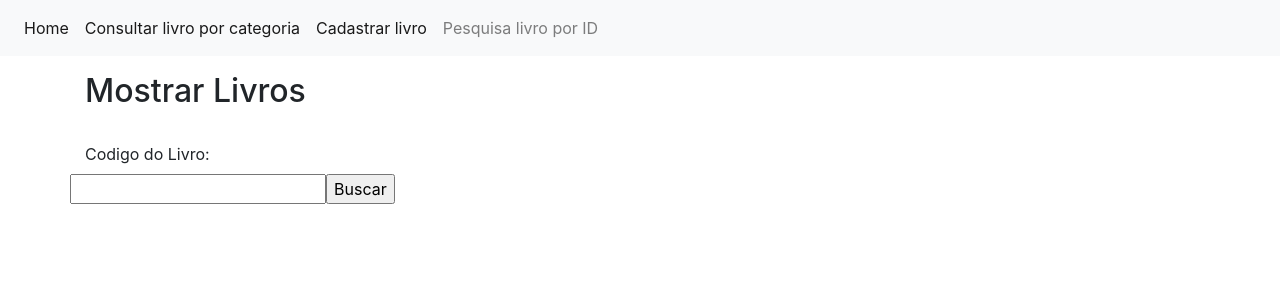
Repository: SrtaVerdant/projeto-livraria
Page: http://localhost/ProjetoLivraria/pesquisaLivroPorId.jsp
An editor plug-in stored every save of this project. The page is shown before and after a run of saves, followed by the edit.
The browser window is 1280 px wide. The pictures show the whole page.
Some web libraries are served in a nearby version. The page is served by Tomcat 9. Other server files are loaded and not shown.

Above is the page before, as saved 2022-10-30 15:20:58.

### ProjetoLivraria/src/main/webapp/pesquisaLivroPorId.jsp
<%@ page language="java" contentType="text/html; charset=UTF-8"
    pageEncoding="UTF-8"%>
<!DOCTYPE html>
<html>
	<head>
		<meta charset="UTF-8">
		<title>Pesquisar por ID</title>
		<link rel="stylesheet" href="https://cdn.jsdelivr.net/npm/bootstrap@4.0.0/dist/css/bootstrap.min.css" integrity="sha384-Gn5384xqQ1aoWXA+058RXPxPg6fy4IWvTNh0E263XmFcJlSAwiGgFAW/dAiS6JXm" crossorigin="anonymous">
		<script src="https://code.jquery.com/jquery-3.2.1.slim.min.js" integrity="sha384-KJ3o2DKtIkvYIK3UENzmM7KCkRr/rE9/Qpg6aAZGJwFDMVNA/GpGFF93hXpG5KkN" crossorigin="anonymous"></script>
		<script src="https://cdn.jsdelivr.net/npm/popper.js@1.12.9/dist/umd/popper.min.js" integrity="sha384-ApNbgh9B+Y1QKtv3Rn7W3mgPxhU9K/ScQsAP7hUibX39j7fakFPskvXusvfa0b4Q" crossorigin="anonymous"></script>
		<script src="https://cdn.jsdelivr.net/npm/bootstrap@4.0.0/dist/js/bootstrap.min.js" integrity="sha384-JZR6Spejh4U02d8jOt6vLEHfe/JQGiRRSQQxSfFWpi1MquVdAyjUar5+76PVCmYl" crossorigin="anonymous"></script>
	</head>

	<body>

	<nav class="navbar navbar-expand-lg navbar-light bg-light">
	  <div class="collapse navbar-collapse" id="navbarNav">
	    <ul class="navbar-nav">
	     <li class="nav-item active">
	        <a class="nav-link" href="index.jsp">Home</a>
	      </li>
	   		<li class="nav-item active">
	        <a class="nav-link" href="consultar.jsp">Consultar livro por categoria</a>
	      </li>
	      <li class="nav-item active">
	        <a class="nav-link" href="adicionar.jsp">Cadastrar livro</a>
	      </li>
	      <li class="nav-item">
	        <a class="nav-link" href="#">Pesquisa livro por ID</a>
	      </li>
	    </ul>
	  </div>
	</nav>

	<div class="container mt-3">
		<h2> Mostrar Livros</h2><br>

		<label> Codigo do Livro:</label>
		<form action="livroPorId.jsp" method="POST">
		<div class="row">
			<input type="number" name="codlivro" onkeypress="return somenteNumeros(event)">
			<input type="submit" value="Buscar">
		</div>

		</form>
	</div>

	</body>

	<script type="text/javascript">
		function somenteNumeros(e) {
		    var charCode = e.charCode ? e.charCode : e.keyCode;
		    if (charCode != 8 && charCode != 9) {
		        if (charCode < 48 || charCode > 57) {
		            return false;
		        }
		    }
		}
	</script>
</html>

After the next 2 saves:
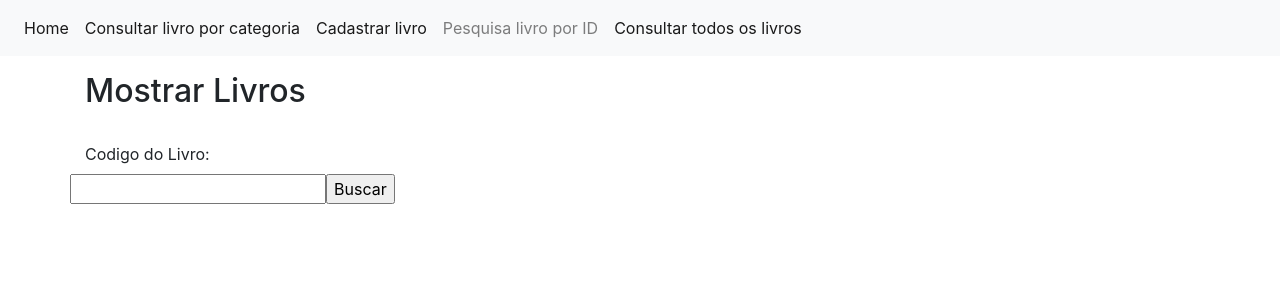
The 2 saves are shown as one change because they came seconds apart.
The last was saved 15 s later.
--- a/ProjetoLivraria/src/main/webapp/pesquisaLivroPorId.jsp
+++ b/ProjetoLivraria/src/main/webapp/pesquisaLivroPorId.jsp
@@ -14,22 +14,25 @@
 	<body>
 
 	<nav class="navbar navbar-expand-lg navbar-light bg-light">
-	  <div class="collapse navbar-collapse" id="navbarNav">
-	    <ul class="navbar-nav">
-	     <li class="nav-item active">
-	        <a class="nav-link" href="index.jsp">Home</a>
-	      </li>
-	   		<li class="nav-item active">
-	        <a class="nav-link" href="consultar.jsp">Consultar livro por categoria</a>
-	      </li>
-	      <li class="nav-item active">
-	        <a class="nav-link" href="adicionar.jsp">Cadastrar livro</a>
-	      </li>
-	      <li class="nav-item">
-	        <a class="nav-link" href="#">Pesquisa livro por ID</a>
-	      </li>
-	    </ul>
-	  </div>
+	  	<div class="collapse navbar-collapse" id="navbarNav">
+	    	<ul class="navbar-nav">
+	     		<li class="nav-item active">
+	        		<a class="nav-link" href="index.jsp">Home</a>
+	      		</li>
+	   			<li class="nav-item active">
+	        		<a class="nav-link" href="listaLivroPorCategoria.jsp">Consultar livro por categoria</a>
+	      		</li>
+	      		<li class="nav-item active">
+	        		<a class="nav-link" href="adicionar.jsp">Cadastrar livro</a>
+	      		</li>
+	      		<li class="nav-item">
+	        		<a class="nav-link" href="#">Pesquisa livro por ID</a>
+	      		</li>
+	      		<li class="nav-item active">
+	        		<a class="nav-link" href="consultar.jsp">Consultar todos os livros</a>
+	      		</li>
+	    	</ul>
+	  	</div>
 	</nav>
 
 	<div class="container mt-3">
@@ -37,11 +40,10 @@
 
 		<label> Codigo do Livro:</label>
 		<form action="livroPorId.jsp" method="POST">
-		<div class="row">
-			<input type="number" name="codlivro" onkeypress="return somenteNumeros(event)">
-			<input type="submit" value="Buscar">
-		</div>
-
+			<div class="row">
+				<input type="number" name="codlivro" onkeypress="return somenteNumeros(event)">
+				<input type="submit" value="Buscar">
+			</div>
 		</form>
 	</div>
 
